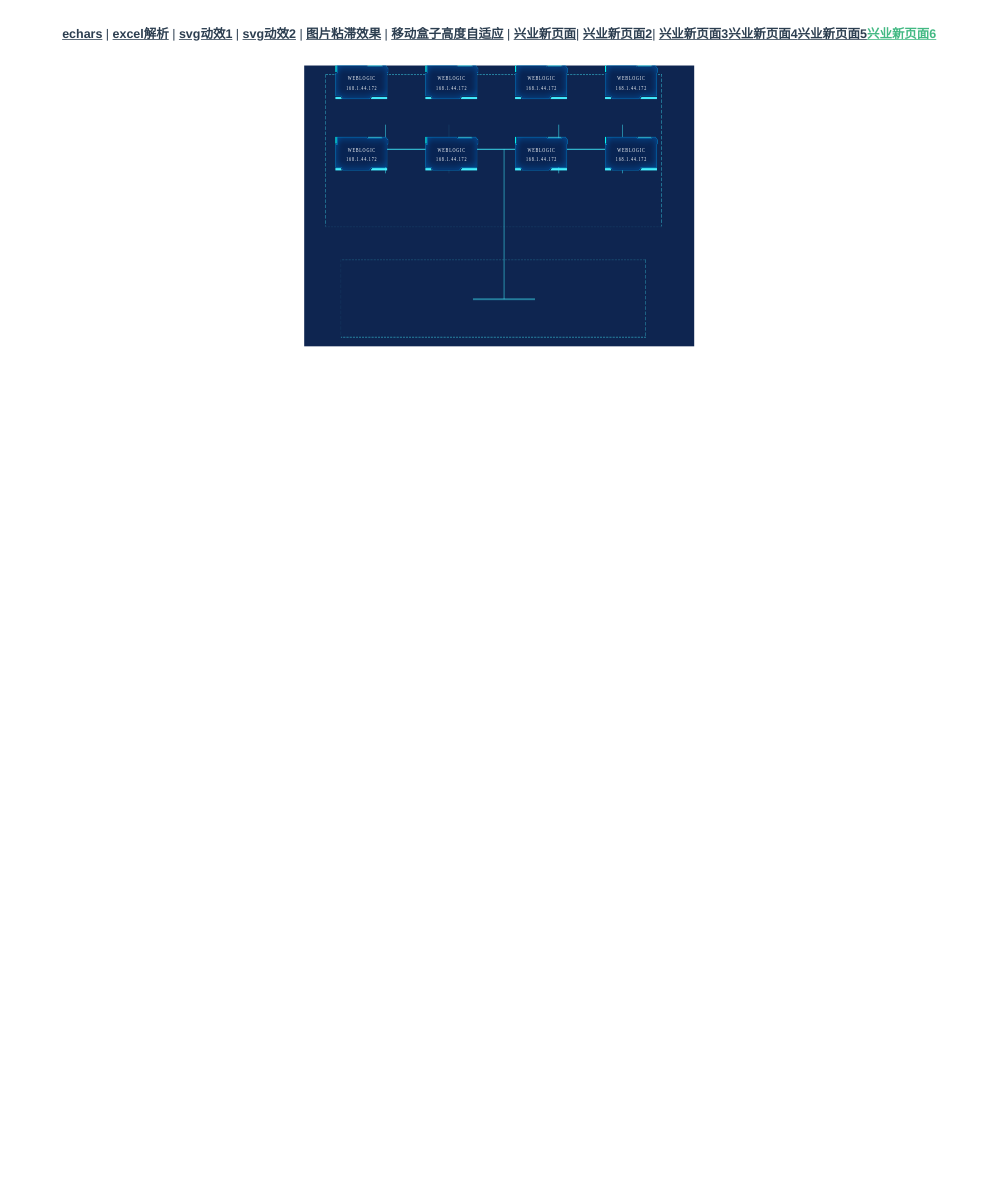
Repository: dmj199811/animation-dmj
Page: /#/work-page8
An editor plug-in stored every save of this project. The page is shown before and after the next save, followed by the edit.
The browser window is 1280 px wide. The pictures show the whole page, at 78% of full size.
The project was rebuilt for these pictures with package versions that can differ from the ones it lists, and the page was loaded fresh each time.

Above is the page before, as saved 2020-07-03 17:56:45.

### src/App.vue
<template>
  <div id="app">
    <div id="nav"
         v-if="this.$store.state.pageShow">
      <router-link to="/">echars</router-link> |
      <router-link to="/xlsx-example">excel解析</router-link> |
      <router-link to="/svg-example1">svg动效1</router-link> |
      <router-link to="/svg-example2">svg动效2</router-link> |
      <router-link to="/work-message">图片粘滞效果</router-link> |
      <router-link to="/work-page2">移动盒子高度自适应</router-link> |
      <router-link to="/work-page3">兴业新页面</router-link>|
      <router-link to="/work-page4">兴业新页面2</router-link>|
      <router-link to="/work-page5">兴业新页面3</router-link>
      <router-link to="/work-page6">兴业新页面4</router-link>
      <router-link to="/work-page7">兴业新页面5</router-link>
      <router-link to="/work-page8">兴业新页面6</router-link>
    </div>
    <router-view />
  </div>
</template>

<style lang="less">
body {
  margin: 0;
}
#app {
  font-family: Avenir, Helvetica, Arial, sans-serif;
  -webkit-font-smoothing: antialiased;
  -moz-osx-font-smoothing: grayscale;
  text-align: center;
  color: #2c3e50;
}

#nav {
  padding: 30px;

  a {
    font-weight: bold;
    color: #2c3e50;

    &.router-link-exact-active {
      color: #42b983;
    }
  }
}
</style>

### src/router/index.js
import Vue from 'vue'
import VueRouter from 'vue-router'

Vue.use(VueRouter)

const routes = [
  {
    path: '/',
    redirect: '/circle-echarts',
  },
  {
    path: '/circle-echarts',
    name: 'ani2',
    component: () => import('../views/circle-echarts/index.vue')
  },
  {
    path: '/xlsx-example',
    name: 'xlsx1',
    component: () => import('../views/xlsx1/index.vue')
  },
  {
    path: '/svg-example1',
    name: 'svg1',
    component: () => import('../views/svg1/index.vue')
  },
  {
    path: '/svg-example2',
    name: 'svg2',
    component: () => import('../views/svg2/index.vue')
  },
  {
    path: '/work-message',
    name: 'message1',
    component: () => import('../views/work/message/index.vue')
  },
  {
    path: '/work-page2',
    name: 'show1',
    component: () => import('../views/work/show1/index.vue')
  },
  {
    path: '/work-page3',
    name: 'show2',
    component: () => import('../views/newPage/index.vue')
  },
  {
    path: '/work-page4',
    name: 'show2',
    component: () => import('../views/newPage2/index.vue')
  },
  {
    path: '/work-page5',
    name: 'show3',
    component: () => import('../views/newPage3/index.vue')
  },
  {
    path: '/work-page6',
    name: 'show4',
    component: () => import('../views/newPage4/index.vue')
  },
  {
    path: '/work-page7',
    name: 'show5',
    component: () => import('../views/newPage5/index.vue')
  },
  {
    path: '/work-page8',
    name: 'show6',
    component: () => import('../views/newPage6/index.vue')
  },
]

const router = new VueRouter({
  routes
})

export default router

### src/views/newPage6/index.vue
<template>
<!-- 互联网统一认证系统（身份认证）_8 -->
  <div class="box">
    <div class="use-box">
      <div class="use-box-top">
        <div class="use-box-top-content">
          <div class="use-box-top-item web1">
            <div>WEBLOGIC</div>
            <div>168.1.44.172</div>
          </div>
          <div class="use-box-top-item web2">
            <div>WEBLOGIC</div>
            <div>168.1.44.172</div>
          </div>
          <div class="use-box-top-item web3">
            <div>WEBLOGIC</div>
            <div>168.1.44.172</div>
          </div>
          <div class="use-box-top-item web4">
            <div>WEBLOGIC</div>
            <div>168.1.44.172</div>
          </div>
          <div class="use-box-top-item web5">
            <div>WEBLOGIC</div>
            <div>168.1.44.172</div>
          </div>
          <div class="use-box-top-item web6">
            <div>WEBLOGIC</div>
            <div>168.1.44.172</div>
          </div>
          <div class="use-box-top-item web7">
            <div>WEBLOGIC</div>
            <div>168.1.44.172</div>
          </div>
          <div class="use-box-top-item web8">
            <div>WEBLOGIC</div>
            <div>168.1.44.172</div>
          </div>

        </div>

      </div>
    </div>
  </div>

</template>
<script>
export default {
  data () {
    return {}
  },
  mounted () {
    this.fullScreen()
    let a = {
      'ATM系统': 'N',
      '网上银行域': 'E',
      'IC借记卡系统': 'N',
      'CFP系统': 'W',
      '电话银行域': 'E',
      '金卡系统': 'N',
      '零售信贷系统': 'W',
      '联机交易转发平台': 'N',
      '核心联机交易平台': 'E',
      'OFEP': 'W',
      '会计辅助管理系统': 'W',
      '业务策略管控平台': 'E',
      '历史检索系统': 'N',
      '企业数据集成平台': 'N',
      '银联数据综合前置系统': 'E',
      '理财卡外包制卡系统': 'W',
      '数据仓库系统': 'E',
      '统一报表系统': 'W',
      '企业CRM系统': 'N'
    }

    this.dataToArray(a)
    window.onresize = () => {
      this.fullScreen()
    }
  },
  methods: {
    fullScreen () {
      $('.box').css('transform', `scale(${document.documentElement.clientWidth / 3840},${document.documentElement.clientHeight / 1440})`)
    },
    dataToArray (data) {

    }
  }
}
</script>
<style lang="less">
.box {
  text-align: left;
  transform-origin: 0 0;
  width: 3840px;
  height: 1440px;
}
.use-box {
  font-size: 18px;
  width: 1500px;
  box-sizing: border-box;
  height: 720px;
  background: #0e2550;
  margin: 0 auto;
  color: white;
  background-image: url(./img/bg-line.png);
  background-size: 97% 100%;
}
.use-box div {
  box-sizing: border-box;
}
.use-box-top {
  display: block;
  // background-color: #eee;
  width: 1300px;
  height: 365px;

}

.use-box-top-content {

  // background-color: #e9e9;
  width: 100%;
  height: 100%;
  display: flex;
  justify-content: space-between;
  flex-wrap: wrap;
  margin-left: 60px;

}

.use-box-top-item {

  width: 203px;
  height: 86px;
  text-align: center;
  background-image: url(./img/leftBlue.png);
  background-size: 100% 100%;
  font-size:16px;
  font-family:Adobe Heiti Std;
  font-weight:normal;
  color:rgba(255,255,255,1);
  line-height:25px;
  padding-top: 20px;
  letter-spacing: 3px;
  margin-left: 60px;

}
.use-box-top-item div {
  width: 100%;
}



</style>

Loaded but not shown: public/index.html (common file); src/main.js (common file); src/store/index.js (common file)

After the next save:
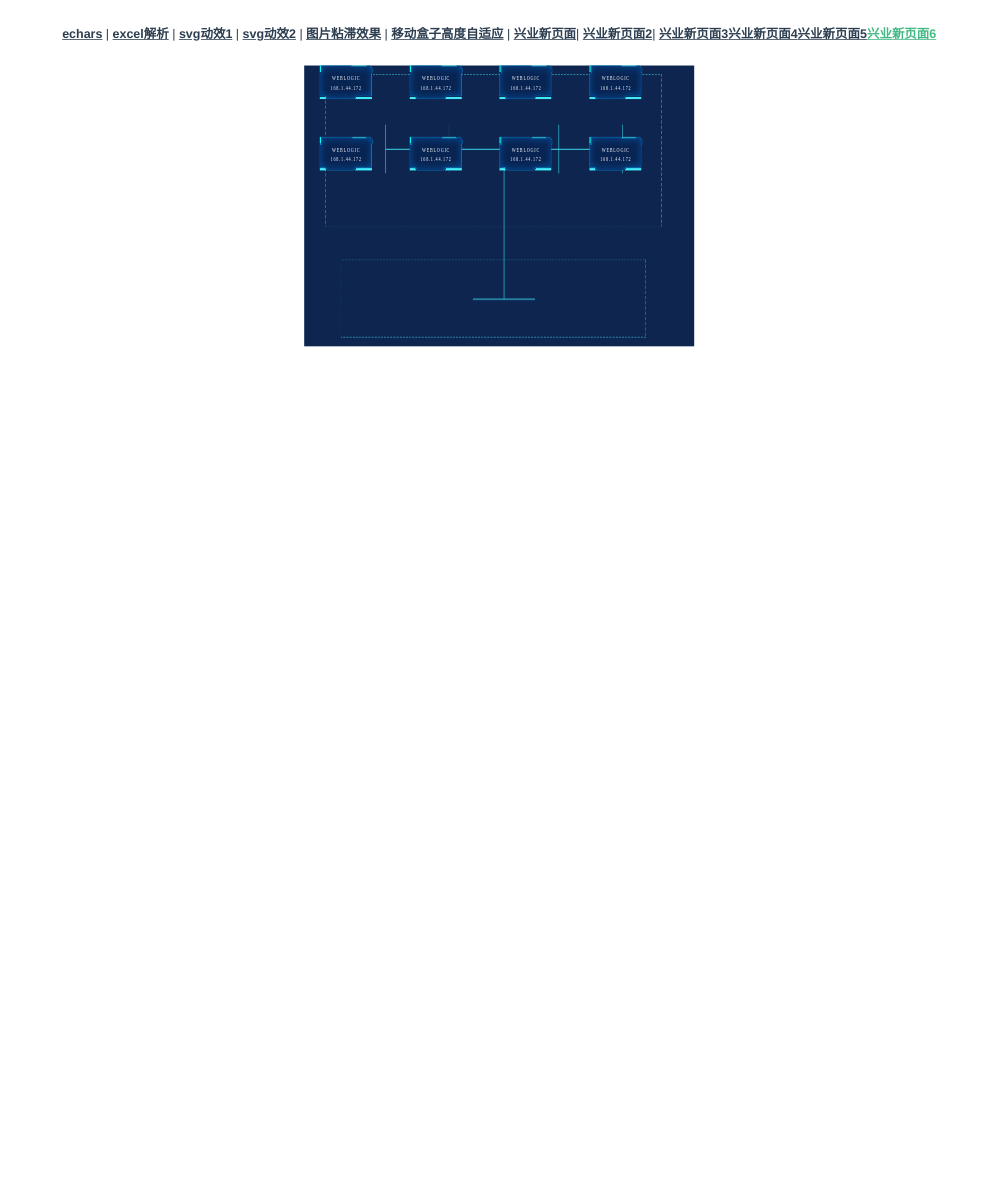
Saved 8 s later.
--- a/src/views/newPage6/index.vue
+++ b/src/views/newPage6/index.vue
@@ -125,7 +125,6 @@
   display: flex;
   justify-content: space-between;
   flex-wrap: wrap;
-  margin-left: 60px;
 
 }
 
